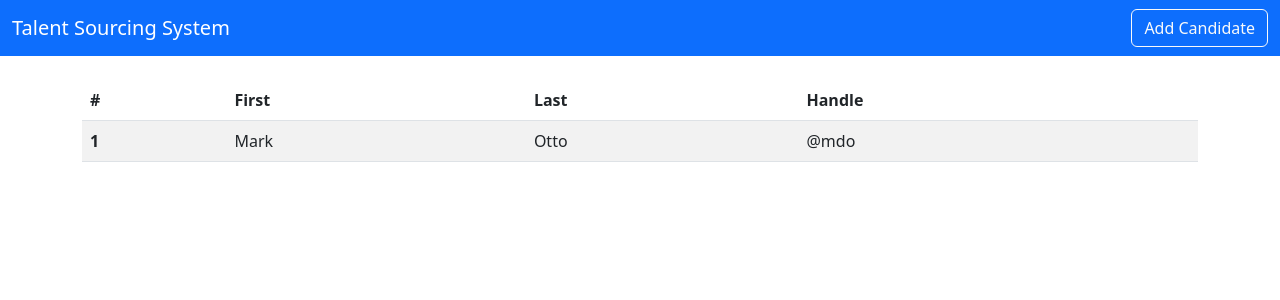
Repository: mfd10/talent-sourcing-system-frontend
Page: /
The author's editor kept a copy of each file at every save. The page is drawn from the files as they stood at one save, then again after the next save.
The browser window is 1280 px wide. The pictures show the whole page.
The page's requests for data from a server got no answer. The project was rebuilt for these pictures with package versions that can differ from the ones it lists, and the page was loaded fresh each time. No one was signed in, and anything a server would have sent is missing.

Above is the page before, as saved 2022-11-11 21:02:32.

### src/index.js
import React from 'react';
import ReactDOM from 'react-dom/client';
import App from './App';
import reportWebVitals from './reportWebVitals';

const cors = require('cors');
const corsOptions ={
    origin:'http://localhost:3000',
    credentials:true,            //access-control-allow-credentials:true
    optionSuccessStatus:200
}

const root = ReactDOM.createRoot(document.getElementById('root'));
root.render(
  <React.StrictMode>
    <App />
  </React.StrictMode>
);

// If you want to start measuring performance in your app, pass a function
// to log results (for example: reportWebVitals(console.log))
// or send to an analytics endpoint. Learn more: https://bit.ly/CRA-vitals
reportWebVitals();
App.use(cors(corsOptions));

### src/App.js
import "../node_modules/bootstrap/dist/css/bootstrap.min.css"
import Navbar from './layout/Navbar';
import Home from "./pages/Home";

function App() {
  return (
    <div className="App">

      <Navbar></Navbar>
      <Home/>
    </div>
  );
}

export default App;

### src/layout/Navbar.js
import React from "react";

export default function Navbar() {
  return (
    <div>
      <nav className="navbar navbar-expand-lg navbar-dark bg-primary">
        <div className="container-fluid">
          <a href="/#" className="navbar-brand" >
            Talent Sourcing System
          </a>
          <button
            className="navbar-toggler"
            type="button"
            data-bs-toggle="collapse"
            data-bs-target="#navbarSupportedContent"
            aria-controls="navbarSupportedContent"
            aria-expanded="false"
            aria-label="Toggle navigation"
          >
            <span className="navbar-toggler-icon"></span>
          </button>
          <button className="btn btn-outline-light">Add Candidate
          </button>
        </div>
      </nav>
    </div>
  );
}

### src/pages/Home.js
import React, { useEffect, useState } from "react";
import axios from "axios";

export default function Home() {
  const [candidates, setCandidates] = useState([]);

  useEffect(() => {
    loadCandidates();
  },[]);

  const loadCandidates = async () => {
    const result = await axios.get("http://localhost:8080/candidate/candidates");
    console.log(result.data);
  };

  return (
    <div className="container">
      <div className="py-4">
        <table className="table table-striped ">
          <thead>
            <tr>
              <th scope="col">#</th>
              <th scope="col">First</th>
              <th scope="col">Last</th>
              <th scope="col">Handle</th>
            </tr>
          </thead>
          <tbody>
            <tr>
              <th scope="row">1</th>
              <td>Mark</td>
              <td>Otto</td>
              <td>@mdo</td>
            </tr>
          </tbody>
        </table>
      </div>
    </div>
  );
}

Loaded but not shown: public/index.html (common file); src/reportWebVitals.js (common file)

After the next save:
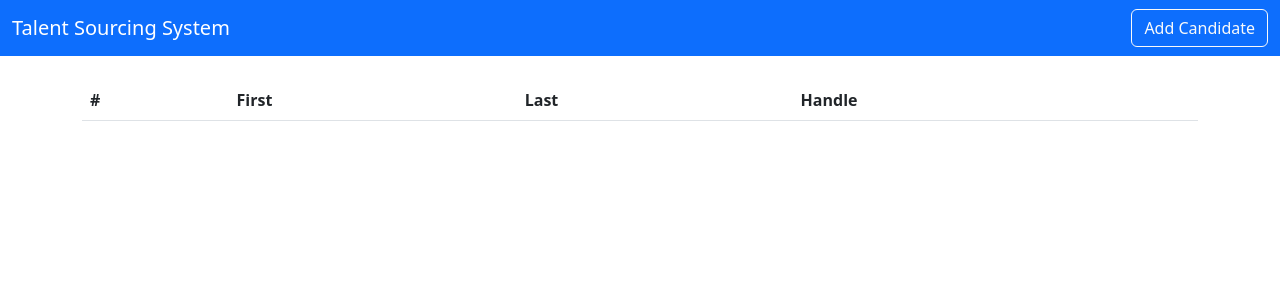
Saved 5 min 26 s later.
--- a/src/pages/Home.js
+++ b/src/pages/Home.js
@@ -10,7 +10,7 @@ export default function Home() {
 
   const loadCandidates = async () => {
     const result = await axios.get("http://localhost:8080/candidate/candidates");
-    console.log(result.data);
+    setCandidates(result.data);
   };
 
   return (
@@ -26,12 +26,18 @@ export default function Home() {
             </tr>
           </thead>
           <tbody>
-            <tr>
-              <th scope="row">1</th>
-              <td>Mark</td>
-              <td>Otto</td>
-              <td>@mdo</td>
+           {
+            candidates.map((candidate, index)=>(
+              <tr>
+              <th scope="row" key={index}>{index+1}</th>
+              <td>{candidate.name}</td>
+              <td>{candidate.name}</td>
+              <td>{candidate.name}</td>
+              <td>{candidate.name}</td>
+              <td>{candidate.name}</td>
             </tr>
+            ))
+           }
           </tbody>
         </table>
       </div>
